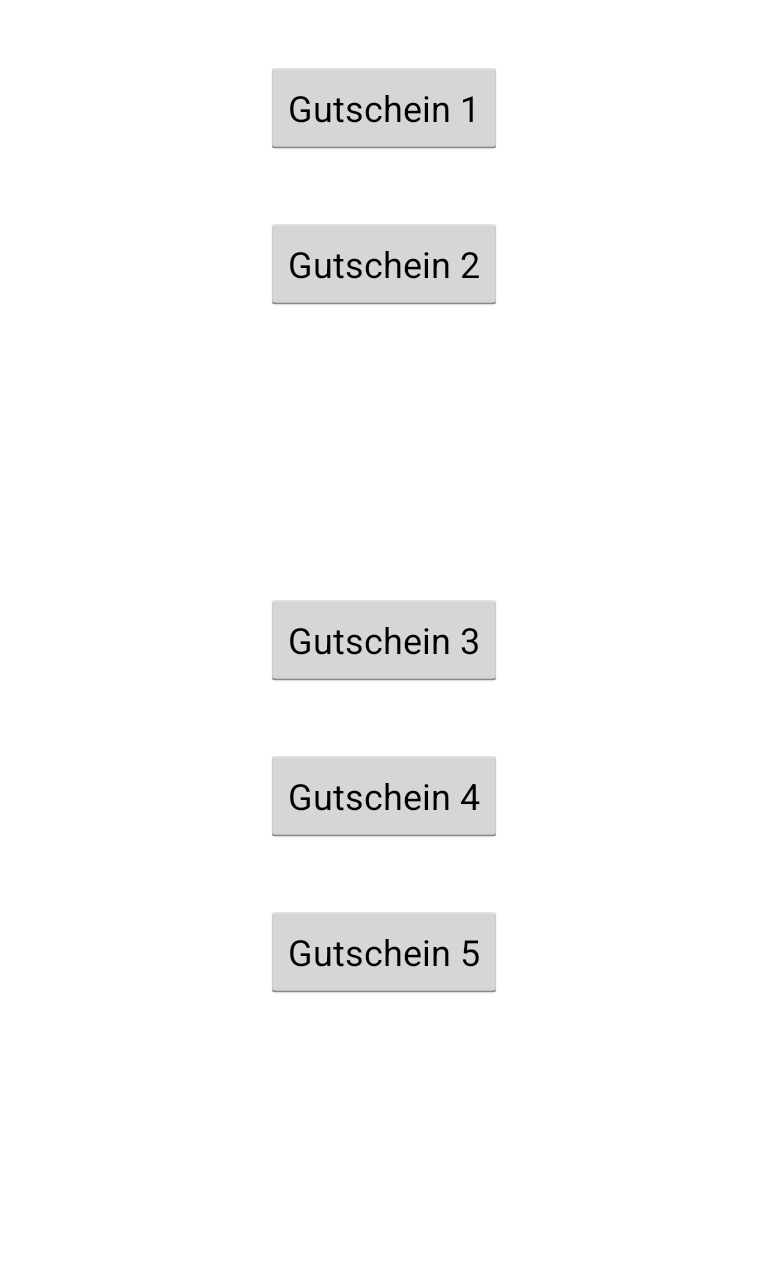
Repository: flashback2k12/ChristmasPresent
Layout: ChristmasPresent/res/layout/activity_checkbox.xml
An editor plug-in stored every save of this project. The layout is shown before and after the next save, followed by the edit.
It is drawn on a 768 x 1280 px phone screen (xhdpi) without system bars, with theme AppTheme; the app's code is not run.

Above is the layout before, as saved 2012-12-17 22:15:56.

### ChristmasPresent/res/layout/activity_checkbox.xml
<?xml version="1.0" encoding="utf-8"?>
<RelativeLayout xmlns:android="http://schemas.android.com/apk/res/android"
    android:layout_width="match_parent"
    android:layout_height="match_parent">

    <Button
        android:id="@+id/button1"
        android:layout_width="wrap_content"
        android:layout_height="wrap_content"
        android:layout_alignParentTop="true"
        android:layout_centerHorizontal="true"
        android:layout_marginTop="30dp"
        android:text="@string/checkbox1"
        android:onClick="FirstCoupon"/>

    <Button
        android:id="@+id/Button01"
        android:layout_width="wrap_content"
        android:layout_height="wrap_content"
        android:layout_alignLeft="@+id/button1"
        android:layout_below="@+id/button1"
        android:layout_marginTop="30dp"
        android:text="@string/checkbox2"
        android:onClick="SecoundCoupon"/>

    <Button
        android:id="@+id/Button02"
        android:layout_width="wrap_content"
        android:layout_height="wrap_content"
        android:layout_alignLeft="@+id/Button01"
        android:layout_centerVertical="true"
        android:layout_marginTop="30dp"
        android:text="@string/checkbox3" />

    <Button
        android:id="@+id/Button03"
        android:layout_width="wrap_content"
        android:layout_height="wrap_content"
        android:layout_alignLeft="@+id/Button02"
        android:layout_below="@+id/Button02"
        android:layout_marginTop="30dp"
        android:text="@string/checkbox4" />

    <Button
        android:id="@+id/Button04"
        android:layout_width="wrap_content"
        android:layout_height="wrap_content"
        android:layout_alignLeft="@+id/Button03"
        android:layout_below="@+id/Button03"
        android:layout_marginTop="30dp"
        android:text="@string/checkbox5" />

</RelativeLayout>

### ChristmasPresent/res/values/strings.xml
<?xml version="1.0" encoding="utf-8"?>
<resources>

    <string name="app_name">Weihnachtsgeschenk</string>
    <string name="hello_schatz_z1">Ich wünsche dir alles liebe zum Weihnachtsfest mein Schatz. :-* </string>
    <string name="hello_schatz_z2">Ich hoffe, dass dir die nächsten Punkte gefallen werden!!! :-)</string><string name="menu_settings">Menü</string>
    <string name="title_activity_main">Weihnachtsgeschenk</string>
    <string name="button_first_act">drück mich!</string>
    <string name="checkbox1">Gutschein 1</string>
    <string name="checkbox2">Gutschein 2</string>
    <string name="checkbox3">Gutschein 3</string>
    <string name="checkbox4">Gutschein 4</string>
    <string name="checkbox5">Gutschein 5</string>

</resources>

Loaded but not shown: ChristmasPresent/res/values-v11/styles.xml (common file); ChristmasPresent/res/values-v14/styles.xml (common file); ChristmasPresent/res/values/styles.xml (common file)

After the next save:
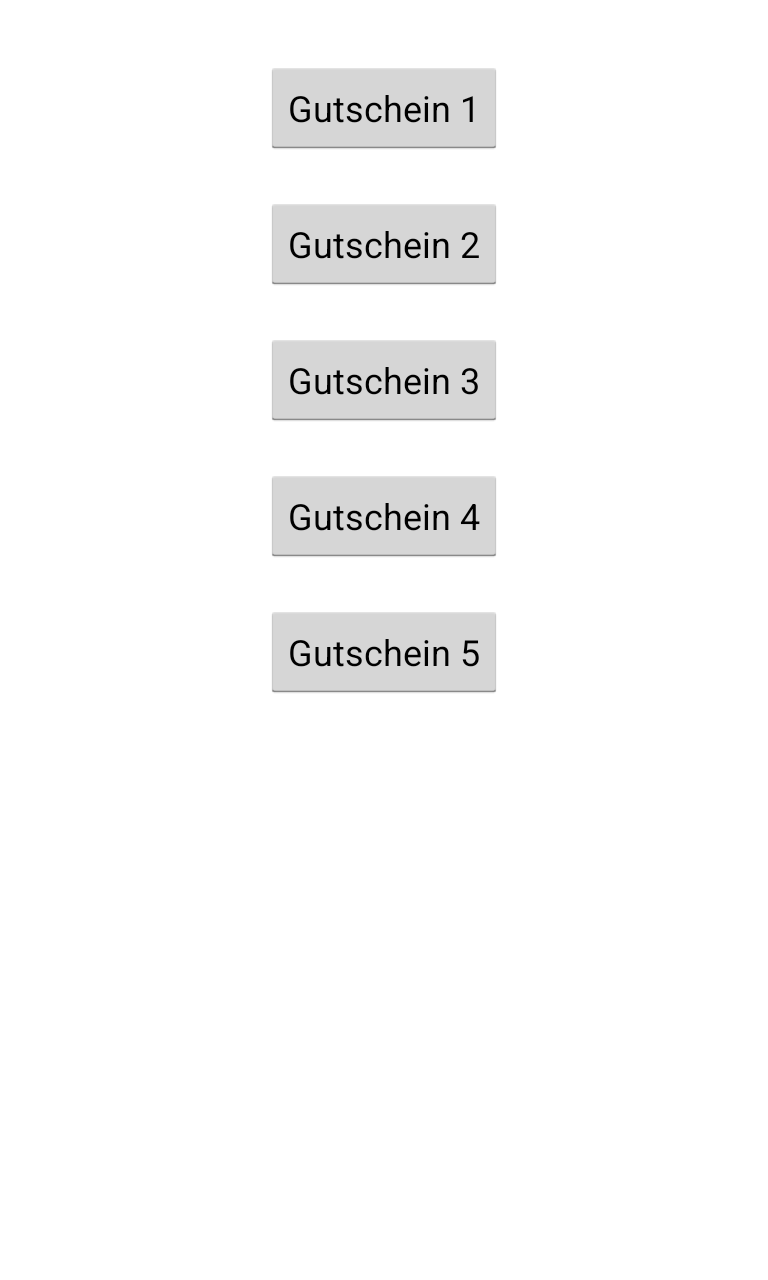
Saved 5 min 58 s later.
--- a/ChristmasPresent/res/layout/activity_checkbox.xml
+++ b/ChristmasPresent/res/layout/activity_checkbox.xml
@@ -19,17 +19,17 @@
         android:layout_height="wrap_content"
         android:layout_alignLeft="@+id/button1"
         android:layout_below="@+id/button1"
-        android:layout_marginTop="30dp"
-        android:text="@string/checkbox2"
-        android:onClick="SecoundCoupon"/>
+        android:layout_marginTop="20dp"
+        android:onClick="SecoundCoupon"
+        android:text="@string/checkbox2" />
 
     <Button
         android:id="@+id/Button02"
         android:layout_width="wrap_content"
         android:layout_height="wrap_content"
         android:layout_alignLeft="@+id/Button01"
-        android:layout_centerVertical="true"
-        android:layout_marginTop="30dp"
+        android:layout_below="@+id/Button01"
+        android:layout_marginTop="20dp"
         android:text="@string/checkbox3" />
 
     <Button
@@ -38,7 +38,7 @@
         android:layout_height="wrap_content"
         android:layout_alignLeft="@+id/Button02"
         android:layout_below="@+id/Button02"
-        android:layout_marginTop="30dp"
+        android:layout_marginTop="20dp"
         android:text="@string/checkbox4" />
 
     <Button
@@ -47,7 +47,7 @@
         android:layout_height="wrap_content"
         android:layout_alignLeft="@+id/Button03"
         android:layout_below="@+id/Button03"
-        android:layout_marginTop="30dp"
+        android:layout_marginTop="20dp"
         android:text="@string/checkbox5" />
 
 </RelativeLayout>
